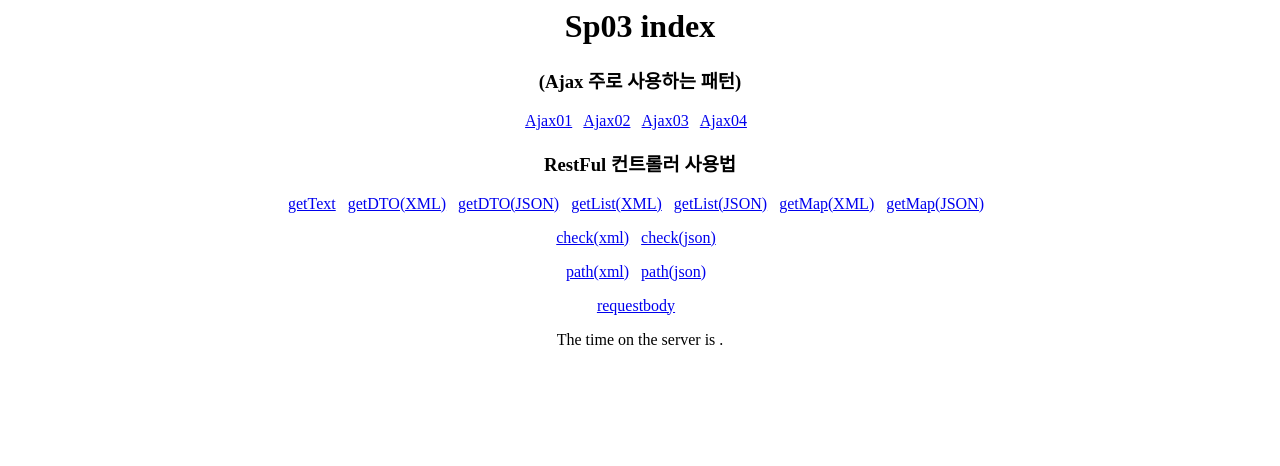
Repository: betweenhj702/Spring-practice-in-bit
Page: http://localhost/Sp03/WEB-INF/views/index.jsp
The author's editor kept a copy of each file at every save. The page is drawn from the files as they stood at one save, then again after the next save.
The browser window is 1280 px wide. The pictures show the whole page.
The page is served by Tomcat 9. Nobody is signed in. Other server files are loaded and not shown. The template is opened directly, without the code that normally fills it, so the values that code supplies are empty.

Above is the page before, as saved 2021-01-26 01:38:21.

### workspace/Sp03/src/main/webapp/WEB-INF/views/index.jsp
<%@ taglib uri="http://java.sun.com/jsp/jstl/core" prefix="c" %>
<%@ page contentType="text/html; charset=utf-8" %>
<html>
<head>
	<title>Home</title>
</head>
<body>
<div style="text-align:center">
		   <h1>Sp03 index </h1>
		   <h3>(Ajax 주로 사용하는 패턴)</h3>
		   <p>
		   		<a href="ajax/test01.do">Ajax01</a>&nbsp;&nbsp;
		   		<a href="ajax/test02.do">Ajax02</a>&nbsp;&nbsp;
		   		<a href="ajax/test03.do">Ajax03</a>&nbsp;&nbsp;
		   		<a href="ajax/test04.do">Ajax04</a>&nbsp;&nbsp;
		   </p>
		   <p>
		   		<h3>RestFul 컨트롤러 사용법</h3>
		   		<a href="rest/getText">getText</a>&nbsp;&nbsp;
		   		<a href="rest/getAddress">getDTO(XML)</a>&nbsp;&nbsp;
		   		<a href="rest/getAddress.json">getDTO(JSON)</a>&nbsp;&nbsp;
		   		<a href="rest/getList">getList(XML)</a>&nbsp;&nbsp;
		   		<a href="rest/getList.json">getList(JSON)</a>&nbsp;&nbsp;
		   		<a href="rest/getMap">getMap(XML)</a>&nbsp;&nbsp;
		   		<a href="rest/getMap.json">getMap(JSON)</a>&nbsp;&nbsp;
		   </p>
		   <p>
		   		<a href="rest/check?height=170&weight=70">check(xml)</a>&nbsp;&nbsp;
		   		<a href="rest/check.json?height=140&weight=45">check(json)</a>&nbsp;&nbsp;
		   </p>
		   <p>
		   		<a href="rest/product/bag/001">path(xml)</a>&nbsp;&nbsp;
		   		<a href="rest/product/bag/002.json">path(json)</a>&nbsp;&nbsp;
		   </p>
		   <p>
		   		<a href="ajax/requestbody.do">requestbody</a>&nbsp;&nbsp;

		   </p>
		   <P>  The time on the server is ${serverTime}. </P>
</div>



</body>
</html>

After the next save:
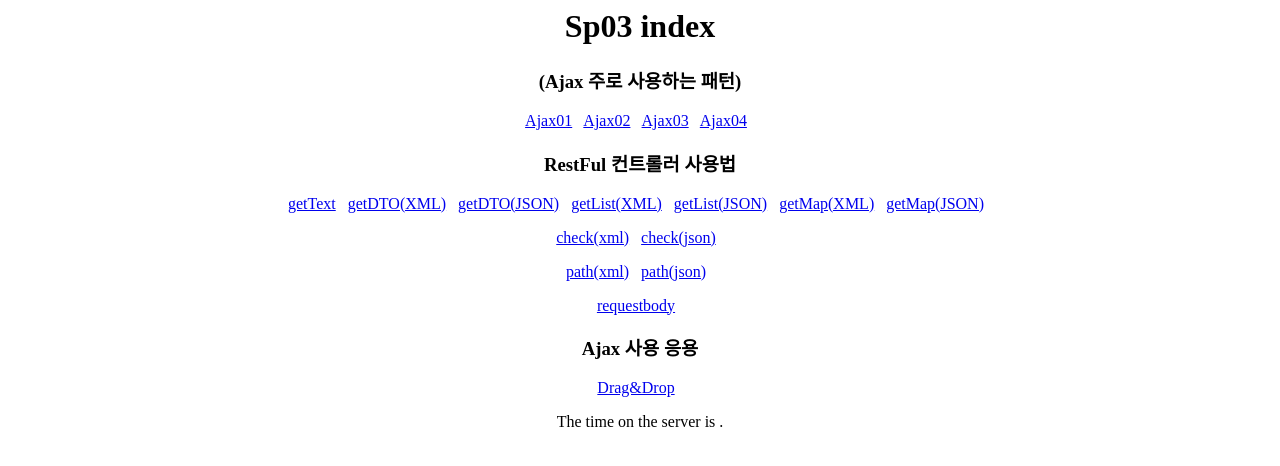
Saved 5 min 28 s later.
--- a/workspace/Sp03/src/main/webapp/WEB-INF/views/index.jsp
+++ b/workspace/Sp03/src/main/webapp/WEB-INF/views/index.jsp
@@ -36,6 +36,11 @@
 		   		<a href="ajax/requestbody.do">requestbody</a>&nbsp;&nbsp;
 
 		   </p>
+		    <p>
+		    	<h3>Ajax 사용 응용</h3>
+		   		<a href="file/form_dd.do">Drag&Drop</a>&nbsp;&nbsp;
+
+		   </p>
 		   <P>  The time on the server is ${serverTime}. </P>
 </div>
 
